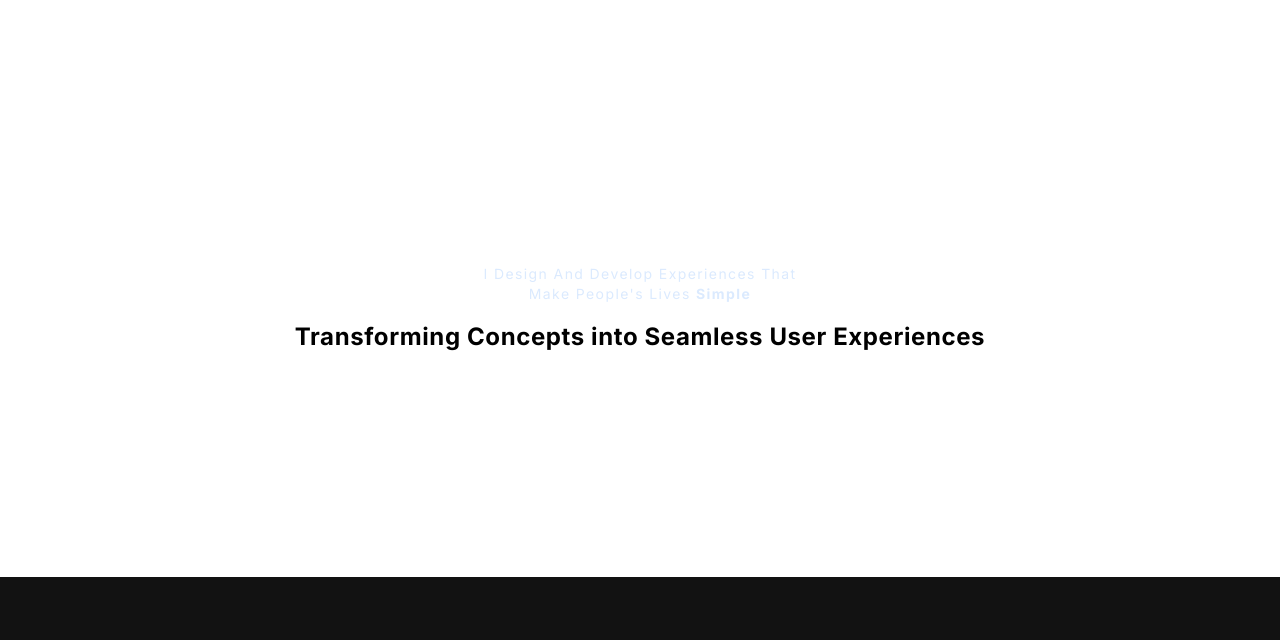
Repository: LukaSuave/Dev-Portfolio
Page: /
An editor plug-in stored every save of this project. The page is shown before and after the next save, followed by the edit.
The browser window is 1280 px wide. The pictures show the whole page.
The project was rebuilt for these pictures with package versions that can differ from the ones it lists, and the page was loaded fresh each time. The framework's server and built-in components were replaced by stand-ins that run in the browser. Also part of the build but not shown: next.config.mjs.

Above is the page before, as saved 2024-05-30 11:03:47.

### app/layout.tsx
import type { Metadata } from "next";
import { Inter } from "next/font/google";
import "./globals.css";
import { ThemeProvider } from "@/providers/theme-provider";

const inter = Inter({ subsets: ["latin"] });

export const metadata: Metadata = {
	title: "Emmanuel's Tech Portfolio",
	description:
		"Emmanuel Senengu - Full-Stack Software Developer from Zimbabwe. Proficient in Python, Next.js, TypeScript, and React for both backend and frontend development. Skilled in AI integration, API management, and database technologies including PostgreSQL, MySQL, and MongoDB. Transforming innovative ideas into high-quality software solutions.",
};

export default function RootLayout({
	children,
}: Readonly<{
	children: React.ReactNode;
}>) {
	return (
		<html lang="en">
			<body className={inter.className}>
				<ThemeProvider
					attribute="class"
					defaultTheme="dark"
					forcedTheme="dark"
					disableTransitionOnChange
					storageKey="portfolio-theme"
				>
					{children}
				</ThemeProvider>
			</body>
		</html>
	);
}

### app/(main)/page.tsx
import { Hero } from "@/components/global/hero";

const MainPage = () => {
	return (
		<main className="relative bg-black-100 flex justify-center items-center flex-col overflow-hidden mx-auto sm:p-10 px-5">
			<div className="max-w-7xl w-full">
				<Hero />
			</div>
		</main>
	);
};

export default MainPage;

### components/global/hero.tsx
import { Spotlight } from "@/components/ui/spotlight";
import { TextGenerateEffect } from "@/components/ui/text-generate-effect";

export const Hero = () => {
	return (
		<div className="pb-20 pt-36">
			<div>
				<Spotlight
					className="-top-40 -left-10 md:-left-32 md:-top-20 h-screen"
					fill="white"
				/>
				<Spotlight
					className="top-10 left-full  h-[80ch] w-[50vw]"
					fill="purple"
				/>
				<Spotlight
					className="top-28 left-80 w-[50vw] h-[80vh]"
					fill="blue"
				/>
			</div>
			<div className="h-screen w-full dark:bg-black-100 bg-white  dark:bg-grid-white/[0.03] bg-grid-black/[0.2] absolute top-0 left-0 flex items-center justify-center">
				<div className="absolute pointer-events-none inset-0 flex items-center justify-center dark:bg-black-100 bg-white [mask-image:radial-gradient(ellipse_at_center,transparent_20%,black)]" />
			</div>
			<div className="flex justify-center relative my-20 z-10">
				<div className="max-w-[89vw] md:max-w-2xl lg:max-w-[60vw] flex flex-col items-center justify-center">
					<h2 className="capitalize tracking-widest text-sm text-center text-blue-100 max-w-80">
						I design and develop experiences that make people&apos;s
						lives <span className="font-bold">Simple</span>
					</h2>
					<TextGenerateEffect
						className="text-center text-[40px] md:text-5xl lg:text-6xl"
						words="Transforming Concepts into Seamless User Experiences"
					/>
					<p className="text-center">
						Hi, I&apos;m Emmanuel - A Full-Stack Software Developer
						from Zimbabwe.
					</p>
				</div>
			</div>
		</div>
	);
};

### components/ui/spotlight.tsx
import React from "react";
import { cn } from "@/lib/utils";

type SpotlightProps = {
	className?: string;
	fill?: string;
};

export const Spotlight = ({ className, fill }: SpotlightProps) => {
	return (
		<svg
			className={cn(
				"animate-spotlight pointer-events-none absolute z-[1]  h-[169%] w-[138%] lg:w-[84%] opacity-0",
				className,
			)}
			xmlns="http://www.w3.org/2000/svg"
			viewBox="0 0 3787 2842"
			fill="none"
		>
			<g filter="url(#filter)">
				<ellipse
					cx="1924.71"
					cy="273.501"
					rx="1924.71"
					ry="273.501"
					transform="matrix(-0.822377 -0.568943 -0.568943 0.822377 3631.88 2291.09)"
					fill={fill || "white"}
					fillOpacity="0.21"
				></ellipse>
			</g>
			<defs>
				<filter
					id="filter"
					x="0.860352"
					y="0.838989"
					width="3785.16"
					height="2840.26"
					filterUnits="userSpaceOnUse"
					colorInterpolationFilters="sRGB"
				>
					<feFlood
						floodOpacity="0"
						result="BackgroundImageFix"
					></feFlood>
					<feBlend
						mode="normal"
						in="SourceGraphic"
						in2="BackgroundImageFix"
						result="shape"
					></feBlend>
					<feGaussianBlur
						stdDeviation="151"
						result="effect1_foregroundBlur_1065_8"
					></feGaussianBlur>
				</filter>
			</defs>
		</svg>
	);
};

### components/ui/text-generate-effect.tsx
/* eslint-disable react-hooks/exhaustive-deps */
"use client";
import { useEffect } from "react";
import { motion, stagger, useAnimate } from "framer-motion";
import { cn } from "@/lib/utils";

export const TextGenerateEffect = ({
	words,
	className,
}: {
	words: string;
	className?: string;
}) => {
	const [scope, animate] = useAnimate();
	let wordsArray = words.split(" ");
	useEffect(() => {
		animate(
			"span",
			{
				opacity: 1,
			},
			{
				duration: 2,
				delay: stagger(0.2),
			},
		);
	}, [scope.current]);

	const renderWords = () => {
		return (
			<motion.div ref={scope}>
				{wordsArray.map((word, idx) => {
					return (
						<motion.span
							key={word + idx}
							className="dark:text-white text-black opacity-0"
						>
							{word}{" "}
						</motion.span>
					);
				})}
			</motion.div>
		);
	};

	return (
		<div className={cn("font-bold", className)}>
			<div className="mt-4">
				<div className=" dark:text-white text-black text-2xl leading-snug tracking-wide">
					{renderWords()}
				</div>
			</div>
		</div>
	);
};

Loaded but not shown: app/globals.css (common file); providers/theme-provider.tsx (common file); lib/utils.ts (common file); tailwind.config.ts (common file)

After the next save:
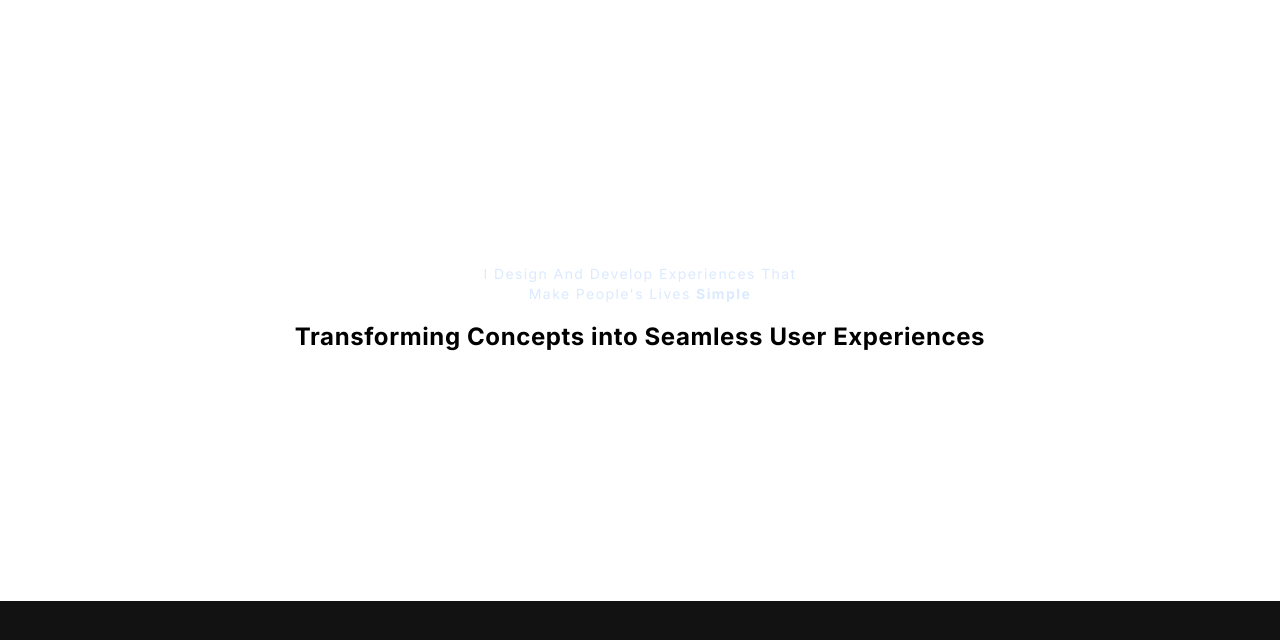
Saved 33 s later.
--- a/components/global/hero.tsx
+++ b/components/global/hero.tsx
@@ -33,7 +33,9 @@ export const Hero = () => {
 					/>
 					<p className="text-center">
 						Hi, I&apos;m Emmanuel - A Full-Stack Software Developer
-						from Zimbabwe.
+						from Zimbabwe. Proficient in Python, Next.js,
+						TypeScript, and React for both backend and frontend
+						development.
 					</p>
 				</div>
 			</div>
